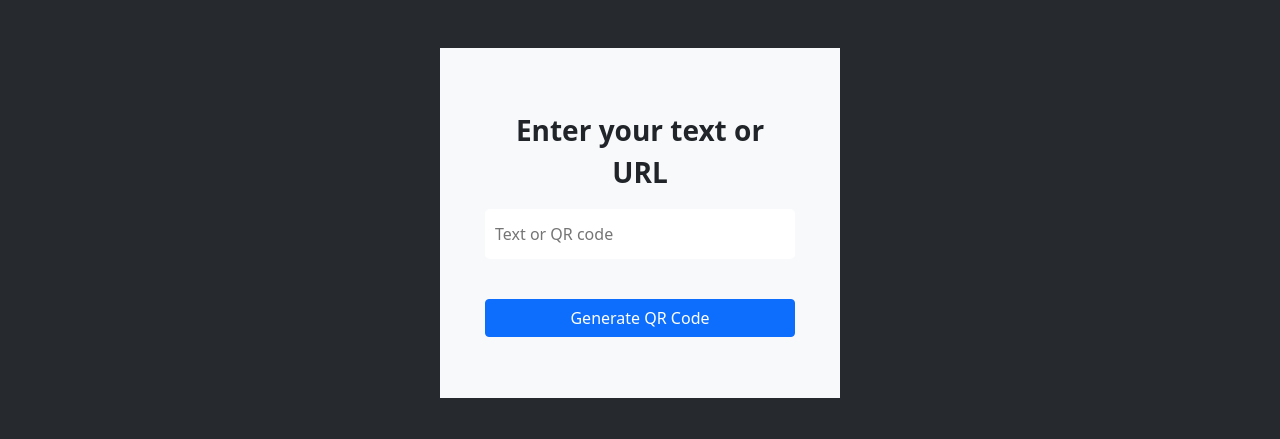
Repository: zeinawady/Qr-Code-Generator-App
Page: index.html
The author's editor kept a copy of each file at every save. The page is drawn from the files as they stood at one save, then again after a run of saves.
The browser window is 1280 px wide. The pictures show the whole page.

Above is the page before, as saved 2024-10-30 00:34:59.

After the next 3 saves:
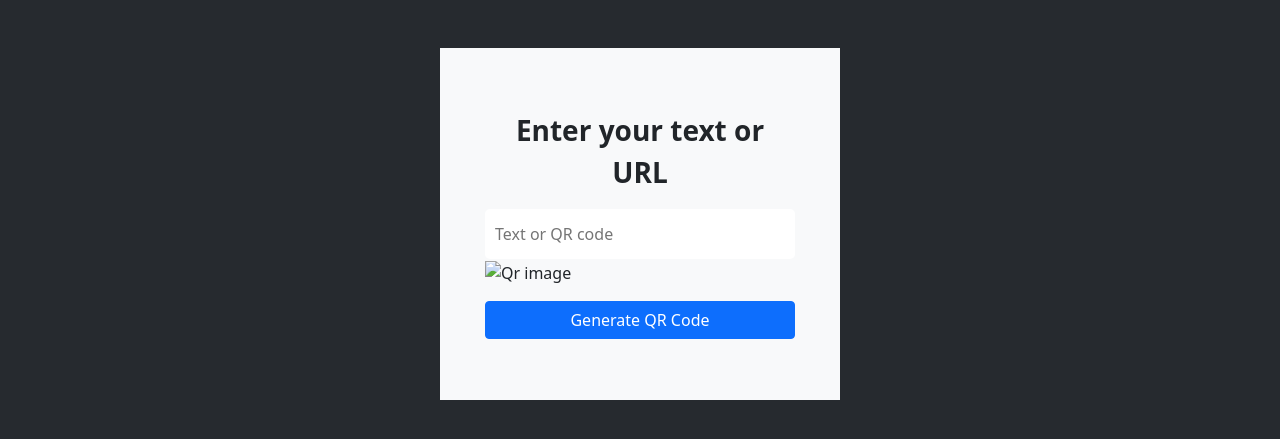
The 3 saves are shown as one change because they came seconds apart.
The last was saved 11 s later.
--- a/index.html
+++ b/index.html
@@ -14,7 +14,7 @@
 <p class="my-3 fw-bold fs-3 text-center">Enter your text or URL</p>
 <input type="text" placeholder="Text or QR code">
 <div id="imgBox">
-    <img src="" alt="">
+    <img src="" alt="Qr image" id="qrImg">
 </div>
 <button class="btn btn-primary my-3 w-100 ">Generate QR Code</button>
    </div>
